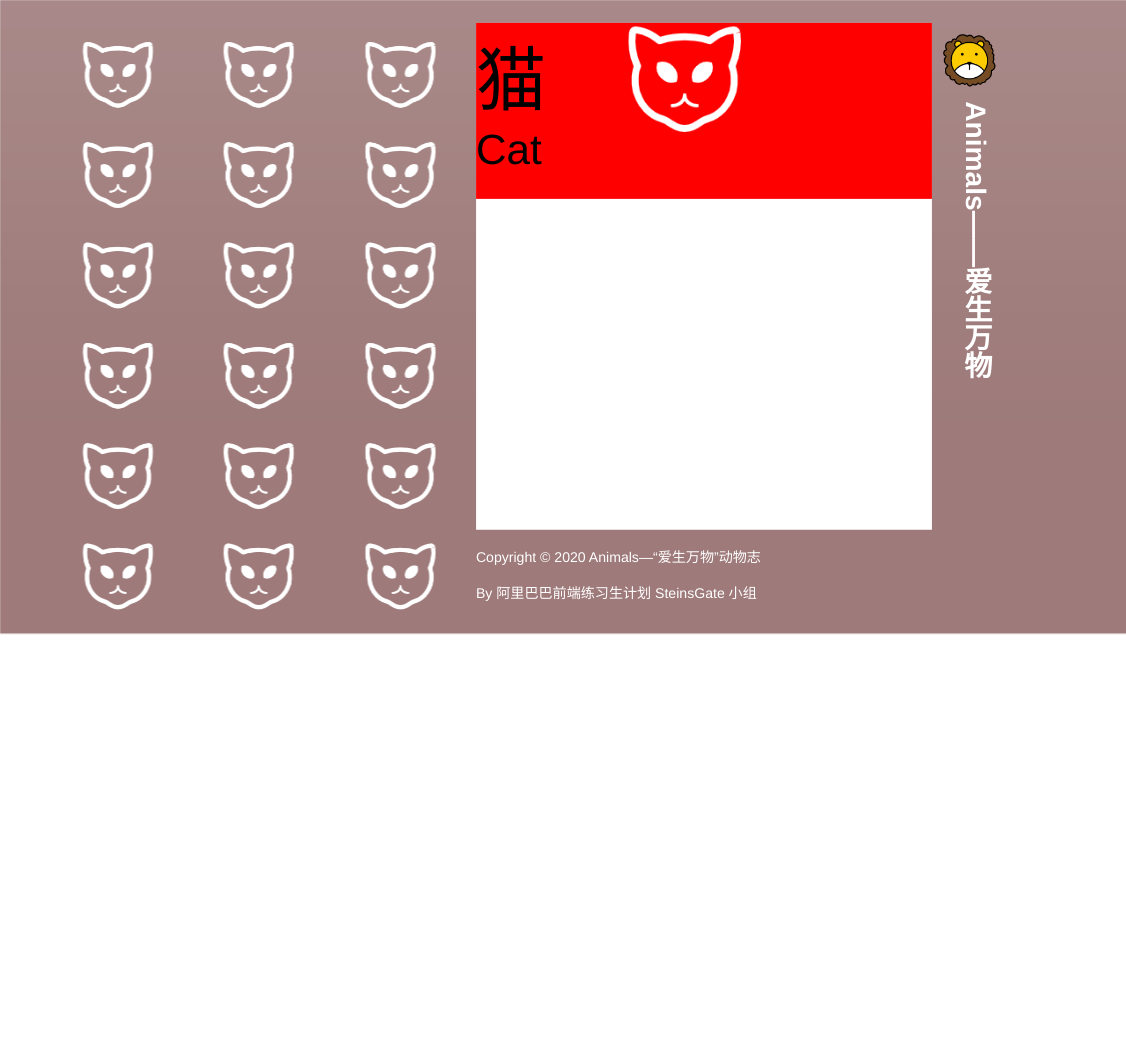
Repository: Whiskeyi/Animals
Page: /
The author's editor kept a copy of each file at every save. The page is drawn from the files as they stood at one save, then again after the next save.
The browser window is 1280 px wide. The pictures show the whole page, at 88% of full size.
The project was rebuilt for these pictures with package versions that can differ from the ones it lists, and the page was loaded fresh each time.

Above is the page before, as saved 2021-11-15 23:52:40.

After the next save:
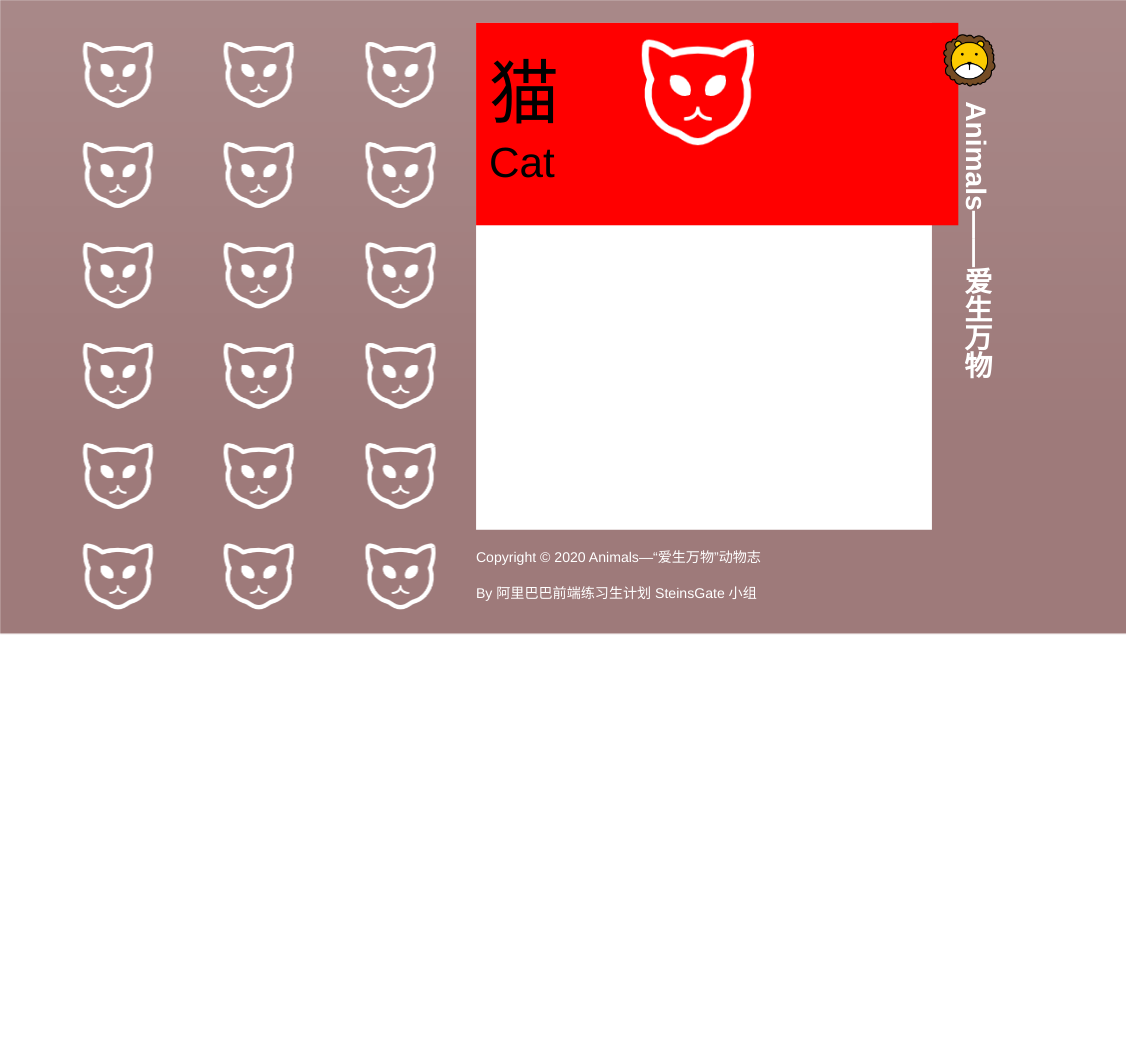
Saved 30 s later.
--- a/src/components/Info/Introduce/index.vue
+++ b/src/components/Info/Introduce/index.vue
@@ -23,6 +23,7 @@
     background-color: red;
     height: 200px;
     width: 100%;
+    padding: 15px 15px;
 }
 .title {
     font-size: 80px;

After the save that followed:
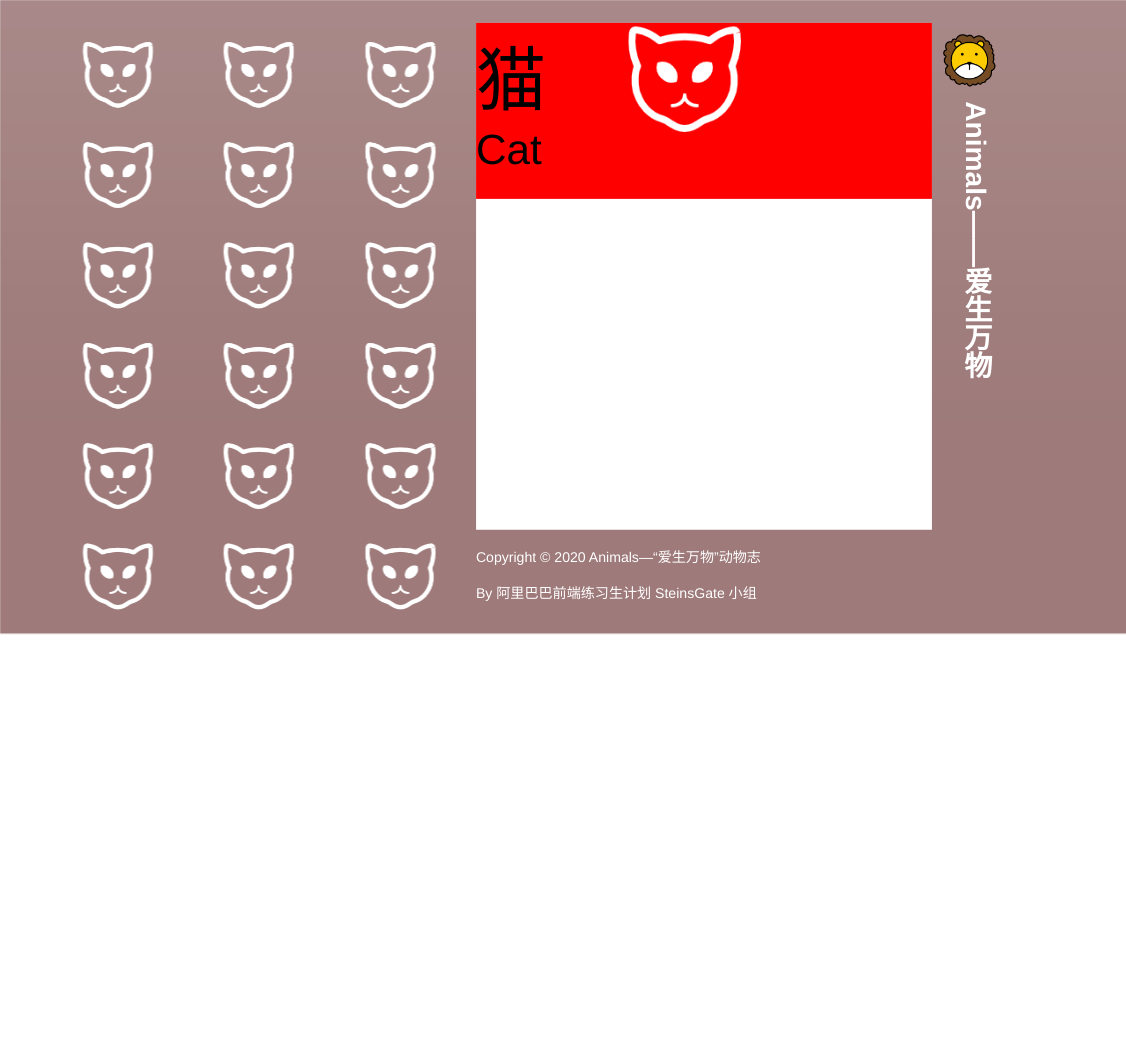
Saved 17 s later.
--- a/src/components/Info/Introduce/index.vue
+++ b/src/components/Info/Introduce/index.vue
@@ -23,7 +23,6 @@
     background-color: red;
     height: 200px;
     width: 100%;
-    padding: 15px 15px;
 }
 .title {
     font-size: 80px;
